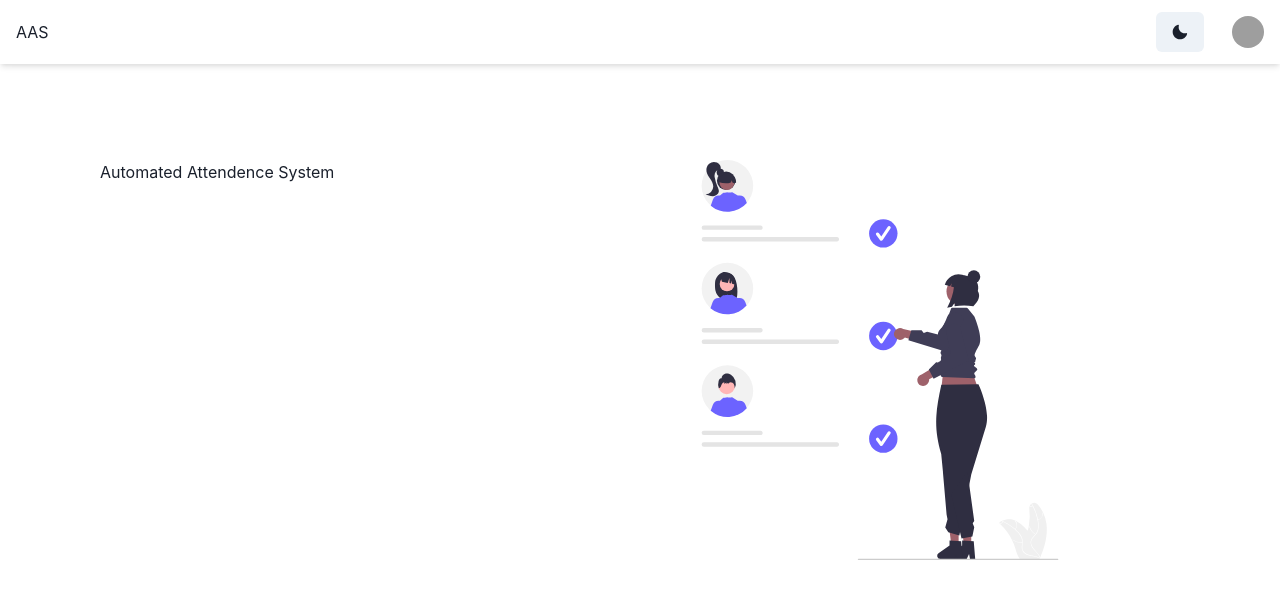
Repository: shash0708/attendence
Page: /
An editor plug-in stored every save of this project. The page is shown before and after the next save, followed by the edit.
The browser window is 1280 px wide. The pictures show the whole page.
Pictures or frames that could not be fetched are drawn as grey boxes. The project was rebuilt for these pictures with package versions that can differ from the ones it lists, and the page was loaded fresh each time. Also part of the build but not shown: src/App.css, src/components/Login/Login.component.jsx, src/components/Signup/Signup.component.jsx, src/routes/Authentication/Authentication.component.jsx.

Above is the page before, as saved 2024-04-06 19:47:26.

### src/index.js
import React from 'react';
import ReactDOM from 'react-dom/client';
import './index.css';
import App from './App';
import reportWebVitals from './reportWebVitals';
import { BrowserRouter } from 'react-router-dom';
import { ChakraProvider } from '@chakra-ui/react'

const root = ReactDOM.createRoot(document.getElementById('root'));
root.render(
  <React.StrictMode>
  <BrowserRouter>
<ChakraProvider>
    <App />
    </ChakraProvider>
    </BrowserRouter>

  </React.StrictMode>
);

// If you want to start measuring performance in your app, pass a function
// to log results (for example: reportWebVitals(console.log))
// or send to an analytics endpoint. Learn more: https://bit.ly/CRA-vitals
reportWebVitals();

### src/App.js
import './App.css';
import Home from './routes/Home/Home.component.jsx'
import { Routes,Route} from 'react-router-dom';
import Authentication from './routes/Authentication/Authentication.component';

function App() {
  return (
    <Routes>
    <Route index element={<Home/>}/>

    <Route path='auth' element={<Authentication/>}/>

    </Routes>
  );
}

export default App;

### src/routes/Home/Home.component.jsx
import React from 'react'
import { Outlet } from 'react-router-dom';
import Nav from '../../components/Navbar/Navbar.component';
import HomeProp from '../../components/homeProp/HomeProp.component';
const Home  = () => {
  return (
    <div>
       <Nav/>
       <HomeProp />
       <Outlet/>
    </div>
  )
}

export  default Home;

### client/src/components/Navbar/Navbar.component.jsx
'use client'

import {
  Box,
  Flex,
  Avatar,
  Text,
  Button,
  Menu,
  MenuButton,
  MenuList,
  MenuItem,
  MenuDivider,
  useDisclosure,
  useColorModeValue,
  Stack,
  useColorMode,
  Center,
} from '@chakra-ui/react'
import { MoonIcon, SunIcon } from '@chakra-ui/icons'
import { Link, Outlet } from 'react-router-dom';

const NavLink = (props) => {
  const { children } = props

  return (
    <Box
      as="a"
      px={2}
      py={1}
      rounded={'md'}
      _hover={{
        textDecoration: 'none',
        bg: useColorModeValue('gray.200', 'gray.700'),
      }}
      href={'#'}>
      {children}
    </Box>
  )
}

export default function Nav() {
  const { colorMode, toggleColorMode } = useColorMode();
  const { isOpen, onOpen, onClose } = useDisclosure();
  return (
    <div>
      <Box

        px={4}
        shadow="md"
        style={{ backdropFilter: 'blur(10px)' }} // Adds blur effect to the background
      >
        <Flex h={16} alignItems={'center'} justifyContent={'space-between'}>
          <Box>
          <Link to="/">AAS</Link>

          </Box>

          <Flex alignItems={'center'}>
            <Stack direction={'row'} spacing={7}>
              <Button onClick={toggleColorMode}>
                {colorMode === 'light' ? <MoonIcon /> : <SunIcon />}
              </Button>

              <Menu>
                <MenuButton
                  as={Button}
                  rounded={'full'}
                  variant={'link'}
                  cursor={'pointer'}
                  minW={0}>
                  <Avatar
                    size={'sm'}
                    src={'https://avatars.dicebear.com/api/male/username.svg'}
                  />
                </MenuButton>
                <MenuList alignItems={'center'} shadow="lg">
                  <br />
                  <Center>
                    <Avatar
                      size={'2xl'}
                      src={'https://avatars.dicebear.com/api/male/username.svg'}
                    />
                  </Center>
                  <br />
                  <Center>
                    <p>Username</p>
                  </Center>
                  <br />
                  <MenuDivider />
                  <MenuItem>Your Servers</MenuItem>
                  <MenuItem>Account Settings</MenuItem>
                  <MenuItem>Logout</MenuItem>
                </MenuList>
              </Menu>
            </Stack>
          </Flex>
        </Flex>
      </Box>
      <Outlet />
    </div>
  );
}

### src/components/homeProp/HomeProp.component.jsx
import React, { Fragment } from 'react'
import { ReactComponent as HomeLogo } from '../../assests/home.svg'
import './HomeProp.styles.scss';
const HomeProp= () => {
  return (
    <Fragment>
<div className='text'>
    <h1>Automated Attendence  System</h1>
    </div>
      <HomeLogo className='home-prop'/>
    </Fragment>
  )
}

export default HomeProp;

### src/components/homeProp/HomeProp.styles.scss
// Use variables to style your logo
.home-prop{
  width: 1000px;
  height: 400px;  // Add other styling properties as needed
  position: fixed;
  top: 50%; // Adjust as needed
  right: -100px; // Adjust as needed
  transform: translateY(-50%);
}

.text{
  width: 1000px;
  height: 400px;  // Add other styling properties as needed
  position: fixed;
  top: 50%; // Adjust as needed
  left: 100px; // Adjust as needed
  transform: translateY(-50%);
}

Loaded but not shown: public/index.html (common file); src/index.css (common file); src/reportWebVitals.js (common file)

After the next save:
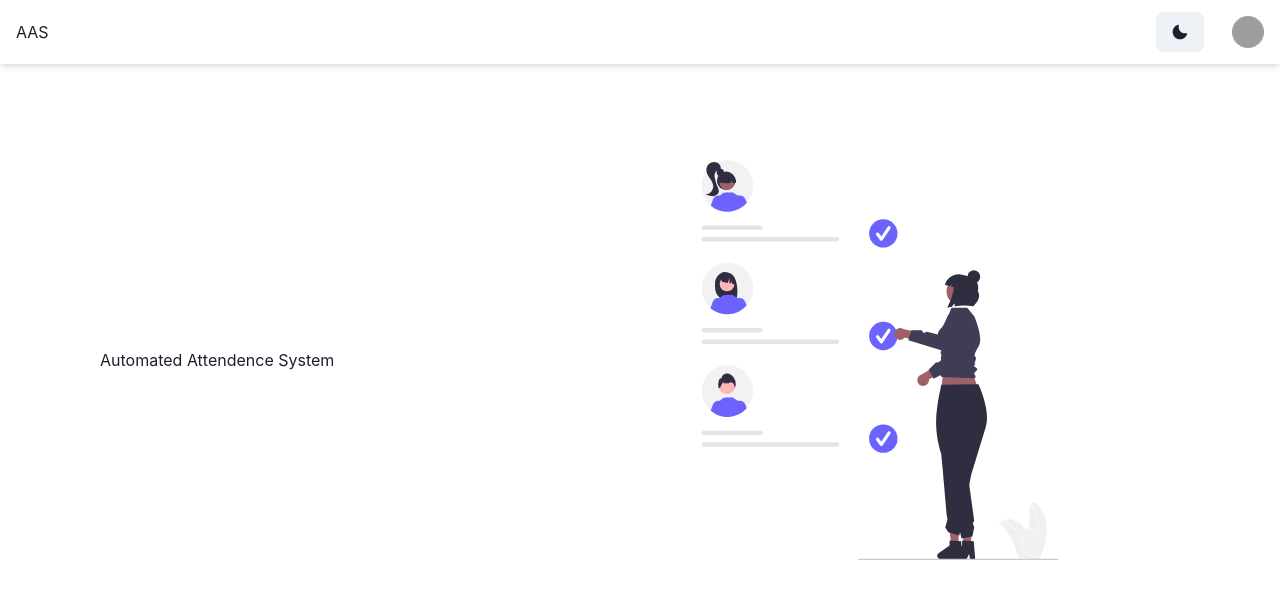
Saved 7 s later.
--- a/src/components/homeProp/HomeProp.styles.scss
+++ b/src/components/homeProp/HomeProp.styles.scss
@@ -9,8 +9,7 @@
 }
 
 .text{
-  width: 1000px;
-  height: 400px;  // Add other styling properties as needed
+  // Add other styling properties as needed
   position: fixed;
   top: 50%; // Adjust as needed
   left: 100px; // Adjust as needed
